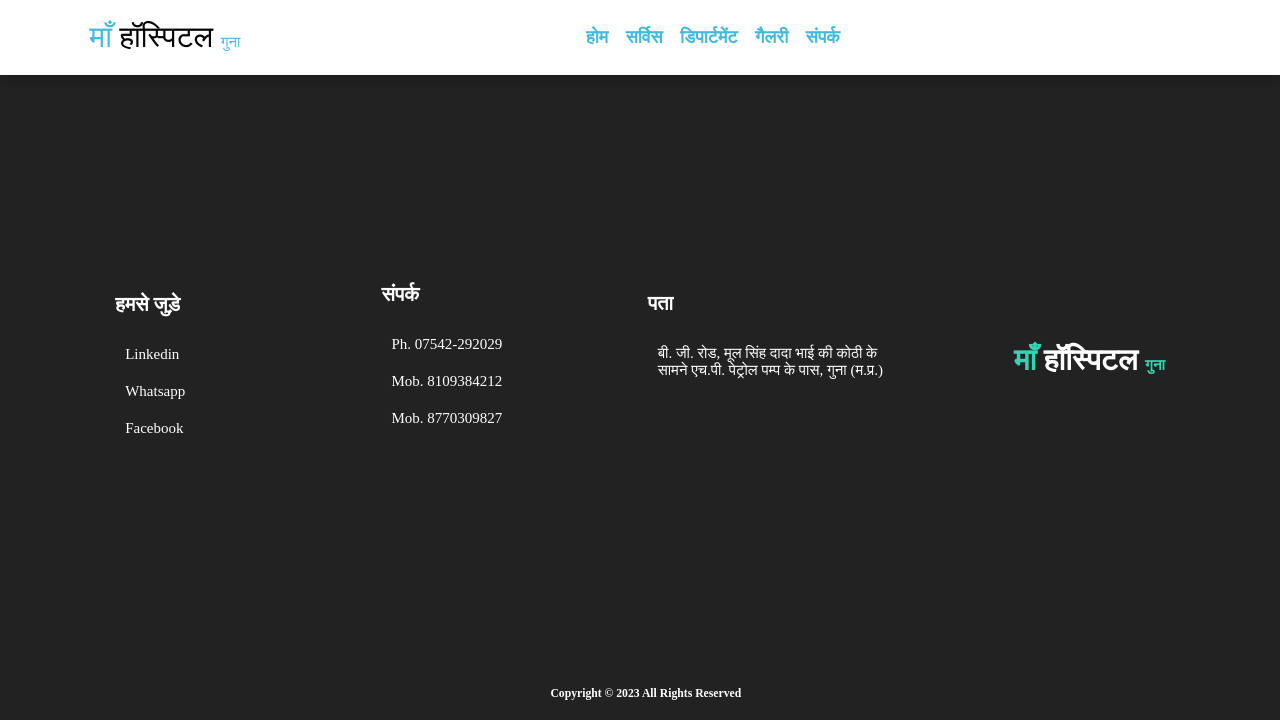
Repository: Aayush919/test
Page: contact.html
An editor plug-in stored every save of this project. The page is shown before and after the next save, followed by the edit.
The browser window is 1280 px wide. The pictures show the whole page.

Above is the page before, as saved 2023-10-15 20:11:19.

### contact.html
<!DOCTYPE html>
<html lang="en">
<head>
    <meta charset="UTF-8">
    <meta name="viewport" content="width=device-width, initial-scale=1.0">
    <link rel="stylesheet" href="style.css">
    <title>Maa Hospital Contact</title>
</head>
<body>
    <header class="header">
        <a href="#" id="logo"><span>माँ </span> हॉस्पिटल <span id="guna">गुना</span></a>
        <nav class="navbar">
        <a href="/index.html">होम</a>
        <a href="/service.html">सर्विस</a>
        <a href="/depart.html">डिपार्टमेंट</a>
        <a href="/gallery.html">गैलरी</a>
        <a href="/contact.html">संपर्क</a>

        </nav>

    <div class="icons">
        <i class="ri-linkedin-fill"></i>
        <i class="ri-whatsapp-fill"> </i>

    </div>

<a href="#" id="menu_bars" class="fas fa-bars"></a>
    </header>
    <div class="main-footer" id="con">

        <div class="inner-footer">
            <h2>हमसे जुड़े</h2>
          <a href=""> <i class="ri-linkedin-fill loc" > </i>  linkedin  </i>
            </a>
             <a href=""><i class="ri-whatsapp-fill loc"> </i> whatsapp</i>
             </a>
             <a href=""><i class="ri-facebook-box-fill loc"> </i>facebook </i></a>
        </div>



        <div class="inner-footer">
            <h2>संपर्क</h2>
            <a href="#"><i class="ri-phone-line loc"></i> ph. 07542-292029</a>
            <a href="#"> <i class="ri-phone-line loc"></i>Mob. 8109384212</a>
            <a href="#"><i class="ri-phone-line loc"></i>Mob. 8770309827</a>
            <a href="#"></a>
        </div>

        <div class="inner-footer">
            <h2>पता</h2>
           <a href="#">   <i class="ri-map-pin-line  loc" ></i>   बी. जी. रोड, मूल सिंह दादा भाई की कोठी के सामने एच.पी. पेट्रोल पम्प के पास, गुना (म.प्र.)</a>
          <a href=""></a>
          <a href=""></a>
          <a href=""></a>
        </div>

        <h1><span>माँ </span> हॉस्पिटल <span id="guna">गुना</span></h1>
      <h3>Copyright © 2023 All rights reserved</h3>


    </div>
</body>
</html>

### style.css
@import url('https://fonts.googleapis.com/css2?family=Roboto:wght@100;300;400;500;700&display=swap');
:root{
    --fontcolor:#43b9dc;
    --backgroundcolor:#34d3b4;
}
*{
    margin: 0;
    padding: 0;
    font-family:gilroy;
    box-sizing: border-box;
    transition: all .2s linear;
    text-transform: capitalize;
    text-decoration: none;
}
html{
    font-size: 62.5%;
    overflow-x: hidden;
    scroll-behavior: smooth;
}
header{
    position: fixed;
    top: 0;
    left: 0;
    right: 0;
    padding: 2rem 7%;
    display: flex;
    justify-content: space-between;
    align-items: center;
    background:white;
    box-shadow: 0 1rem 1rem rgb(0, 0, 0, .1);
    z-index: 10000000;
}
#guna{
    font-size: 15px;

}
header #logo{
    font-size: 3rem;
    color: black;
}
header #logo span{
    color: var(--fontcolor);
}
header .navbar a{
    font-weight: 600;
    font-size: 1.8rem;
    color: var(--fontcolor);
    margin-left: 1.5rem;
}
.icons i{
font-size: 2rem;
color: var(--fontcolor);
margin-left: 1rem;
}
header #menu_bars{
    font-size: 2rem;
    color: var(--fontcolor);
    display: none;
}
header .navbar.active{
    left: 0;
    transition: .5s;
}
.main-image{

    background-repeat: no-repeat;
    background-size: cover;
    background-position: center;
    width: 100%;
    margin-top: 75px;
    height: 100vh;
}
.container{
    background: url("./images/headerimage.jpg");
    width: 100%;
    padding-top: 8.5rem;
    background-position: center;
    background-size: cover;
    background-repeat: no-repeat;
    height: 100vh;
}
.container .main-text{
    width: 50%;
    position: absolute;
    top: 200px;
    padding: 0 2rem;
    text-align: center;
}
.container .main-text h2{
    font-size:3.5rem;
    color: #fff;
    padding-bottom: 1.5rem;
}
.container .main-text button{
    padding: 1.5rem 3.5rem;
    background: #3FC1D1;
    color: white;
    border: none;
    border-radius:1px;

    font-weight: 700;
}
.service-section{
    padding: 2rem 7%;
    background: linear-gradient(#43b9dc, #34d3b4);
    min-height: 50vh;
}
#ourservices{
    color: #111;
    font-size: 30px;
    padding: 2rem 0;
    text-align: center;
}
.inner-service-section{
    display: flex;
    flex-wrap: wrap;
    gap: 15px;
    justify-content: center;
    text-align: center;
}
.service-box{
    flex: 1 1 200px;
    padding: 5rem 0;
    box-shadow: 0 1rem 1rem rgba(0, 0, 0, .1);
}
.service-box img{
    color: white;
     height: 10rem;
    padding: .5rem 0;
}

.service-box h2{
    color: #fff;
    font-size: 1.8rem;
    padding: 1rem 0;
}
.service-box p{
    color: white;
    font-size: 1.5rem;
    padding: 0 1rem;
}
.work-section{
    padding: 4rem 7%;
    display: grid;
     grid-template-columns: 2fr 1fr;
     display: flex;
    justify-content: center;
     width: 100%;


}
.inner-work-section img{
    width:  80rem;
    border: 2px solid #34d3b4;
    margin-top: 10px;
}


.inner-work-section h2{
    font-size: 2rem;
    padding: .5rem 0;

}
.inner-work-section h2 span{
    color:#34d3b4;

}
.scnclass{
    padding: 0 1rem;
}
.myimages{
    display: grid;
    grid-template-columns: 1fr 1fr;
    padding-top: 1rem;
}
.btn{
    padding: 1rem 3rem;
    background: var(--backgroundcolor);
    border-radius: 15px;
   display: inline-block;
   color: white;
   font-size: 18px;
   margin-top: 5px;
}
.creative-text{
    padding: 2rem 0;
}
.depart{
    background: var(--backgroundcolor);
    min-height: 85vh;
    padding: 2rem 9%;
}
.depart h1{
    color:#111;
    display: flex;
    align-self: center;
    justify-content: center;
    font-size: 2rem;
}

/* .galleryheading{ */
    /* color: #111;
    padding: 2rem 0;
    text-align: center;
    font-size: 20px;
}
.galleryheading span{
    color: var(--fontcolor);
}
.main-gallery .gallery-box{
    flex: 1 1 300px;
}
.main-gallery{
    display: flex;
    flex-wrap: wrap;
    gap: 15px;
}
.gallery-box img{
    width: 100%;
} */
.ourteam-section{
    padding: 7rem;
}
.ourteam-section h2{
    padding: 2rem;
    font-size: 3rem;
    text-align: center;
}
.ourteam-section h2 span{
    color: var(--fontcolor);
}
.ourteam-inner{
    display: flex;
    /* flex-wrap: wrap; */
    text-align: center;
    gap: 15px;
}
.ourteam-inner .section-box{
    flex: 1 1 250px;
}
.ourteam-inner .section-box img{
    width: 100%;
}
.section-box h3{
    padding: 1rem 0;
    font-size: 2rem;
}
.team-social-links i{
    color: var(--fontcolor);
    font-size: 2rem;
    padding:1rem 0;
}
.main-footer{
    display: flex;
    flex-wrap: wrap;
    justify-content: space-between;
    background: #222;
    padding: 2rem 9%;
    /* height: 70vh; */
}
.inner-footer{
    flex: 1 1 200px;
}
.inner-footer h2{
    color: white;
    font-size: 2rem;
    padding: 2rem 0;
}
.inner-footer a{
    display: block;

    color: white;
    font-size: 1.5rem;
    padding: 1rem;
}












@media (max-width:768px) {
    html{
        font-size: 50%;
    }
    header #menu_bars{
        display: initial;
    }

    header .navbar{
        position: absolute;
        top: 100%;
        left: 100%;
        right: 0;
        background: var(--backgroundcolor);
        height: 100vh;
        text-align: center;

    }
    header .navbar a{
        display: block;

        background: white;
        margin-top: 1rem;
        padding: 2rem;
        width: 90%;
        border-radius: 10px;
    }
    .container .main-text{
        width: 70%;
        padding: 0 ;
    }
   .work-section{
       display: grid;
       grid-template-columns: 1fr;

   }
   .myimages img{
       width: 100%;
   }
   .btn{
       display: block;
   }
   .inner-work-section h2{
    font-size:1.2rem;
   display: flex;
   flex-wrap: wrap;
   align-self:center;
   justify-content: center;
}

.depart{
    background: var(--backgroundcolor);
    min-height:65vh;
    padding: 2rem 9%;
}

.depart h1{
    color:#111;
    display: flex;
    align-self: center;
    justify-content: center;
    font-size: 1.9rem;
}
.ourteam-inner{
    display: flex;
    flex-wrap: wrap;
    text-align: center;
    gap: 15px;
}
.ourteam-section h2{
    padding: 2rem;
    font-size: 2.7rem;
    text-align: center;
}
.inner-work-section img{
    width: 35rem;
    border: 2px solid #34d3b4;
    margin-top: 10px;
}
.inner-work-section h2{
    font-size:1rem;
   display: flex;
   flex-wrap: wrap;
   align-self:center;
   justify-content: center;
}


.container .main-text h2{
    font-size:3rem;
    color: #fff;
    padding-bottom: 1.5rem;
}

.container{
    background: url("./images/headerimage.jpg");
    width: 100%;
    padding-top: 8.5rem;
    background-position: center;
    background-size: cover;
    background-repeat: no-repeat;
    height: 93vh;
}
}

/*
.gallery{
    display: grid;
    grid-template-columns: repeat(3, 1fr);
    gap: 1vh;
    margin-inline: auto;
    max-width: 70rem;

    background: #141414;
    background: var(--backgroundcolor);
    padding: 1vh;
}

 .gallery > img{
    width: 100%;
    aspect-ratio: 1 / 1;
    object-fit: cover;
    transition: all 0.3s ease;
    border-radius:2px;

}

.gallery:has(img:hover) img:not(:hover) {
    scale: 0.8;
    opacity: 0.5;
    filter: grayscale(70%);
}
 */


#keyservice {
    padding-top: 4vw;
    padding-left: 2vw;
    font-family: g-r;
    /* background-color: crimson; */
    height: 55vh;
    display: flex;
    justify-content: space-between;
}

#keyservice h3 {
    color: #ffffff;
    display: flex;
    cursor: pointer;
    font-family: g-r;
    font-weight: 300;
    font-size: 1.5rem;

     line-height: 2rem;

}

#keyservice h3:hover {
    color: yellow;
    font-weight: 500;
}

#keyservice h3 span {
    color: #ffffff;
    margin-right: 4px;
}

#keyservice h3 a {
    text-decoration: none;
    color: #fff;
}

#keyservice h3 a:hover {
    color: yellow;
}

#bx1 {
    /* background-color: #77b9d7; */
    height: 40vh;
    display: flex;
    flex-direction: column;
    justify-content: space-between;
    width: 45%;
    border-right: 2px solid white;
}

#bx2 {
    height: 40vh;
    display: flex;
    flex-direction: column;
    justify-content: space-between;
    /* height: 25.5vh; */
    width: 50%;
    /* background-color: #9477d7; */
}

section-container {
    min-height: 100vh;
    /* background: #34d3b4; */
    margin: auto;
    /* padding: 20px; */
    display: flex;
    align-items: center; /* Align the scroll icon vertically */
    /* margin-top: 40px; */
  }

  .product-list-container {
    position: relative;
    overflow-x: auto;
    white-space: nowrap;
    scrollbar-width: thin;
    scrollbar-color: #333 #ccc;
    cursor: pointer;
  }

  .product-list {
    display: flex;
    flex-direction: row;
  }

  .product-card {
    position: relative;
    flex: 0 0 auto;
      width:300px;
      height: 300px;
    margin: 15px;
    padding: 20px;
    box-shadow: 0 4px 8px rgba(0, 0, 0, 0.2);
    border-radius: 8px;
        background: #fff;
  }


.product-card img{
    width: 100%;
    height: 100%;
}

  /* Style scrollbar for Chrome, Safari, and Opera */
  .product-list-container::-webkit-scrollbar {
    width: 5px;
    height: 5px;
  }

  .product-list-container::-webkit-scrollbar-thumb {
    background: #333;
  }

  .product-list-container::-webkit-scrollbar-thumb:hover {
    background:#34d3b4;
  }

  .gallery{
    min-height: 80vh;
    background-color:#34d3b4;
    padding: .5rem;
    overflow: hidden;

  }

  .gallery h1{
    display: flex;
    align-self:center;
    justify-content: center;
    font-size: 2rem;
    margin-bottom: 2rem;
    margin-top: 2rem;
  }


  #page6 {
    position: relative;
    height: 70vh;
    width: 100%;
    /* background-color: violet; */
}

.buttonsss {
    position: absolute;
    height: 3vw;
    border-radius: 50%;
    width: 3vw;
    z-index: 9;
    display: flex;
    align-items: center;
    justify-content: center;
    background-color: #fff;
    box-shadow: 0 0 10px #464548;
}

.buttonsss i {
    font-size: 1.5vw;
    font-weight: 900;
}

#buttonsss1 {
    top: 50%;
    left: 5%;
}

#buttonsss2 {
    top: 50%;
    left: 92%;
}

#headingwords {
    /* position: relative; */
    height: 10vh;
    font-size: 1vw;
    padding: 1vw 5vw;
    width: 100%;
    display: flex;
    align-items:center;
    justify-content: center;
    /* background-color: wheat; */
}

#headingwords span{
    color:#34d3b4;
}
#slideboxtestimonial {
    position: relative;
    height: 55vh;
    width: 100vw;
    display: flex;
    /* background-color: blue; */

}

#testimonialsSlide {
    position: absolute;
    height: 55vh;
    width: 700vw;
    display: flex;
    /* background-color: blue; */
}

.sll {
    height: 55vh;
    width: 100vw;
    display: flex;
    justify-content: center;
    gap: 5vw;
    position: relative;
}

#imboxdown {
    position: absolute;
    top: 60%;
    display: flex;
    align-items: center;
    flex-direction: column;
    left: 70%;
    gap: .6vw;
}

.sll1 {
    position: relative;
    height: 55vh;
    width: 37vw;
    gap: 2vw;
    display: flex;
    flex-direction: column;
    padding: 2vw 2vw;
    /* background-color: yellow; */
}

.sll2 {
    position: relative;
    height: 55vh;
    width: 37vw;
    gap: 2vw;
    display: flex;
    flex-direction: column;
    padding: 2vw 2vw;
    /* background-color: yellow; */
}

#paraoftestimonial {
    font-size: 1.4vw;
    line-height: 2.5vw;
}

#imbox {
    height: 7vw;
    width: 7vw;
    display: flex;
    border-radius: 50%;
    overflow: hidden;
    background-color: #357df1;
}

#imbox img {

    /* display: flex; */
    object-fit: contain;
}

#slider {
    width: 100%;
    display: flex;
    align-items: center;
    justify-content: center;
    height: 2.3vw;
    /* background-color: tomato; */
}

#movingslider {
    position: relative;
    height: 4.5vh;
    /* box-shadow: 0 0 10px #222223; */
    width: 15vw;
    display: flex;
    align-items: center;
    justify-content: space-between;
    /* background-color: turquoise; */
}

#pointsliderdiv {
    box-shadow: 0 0 4px #4c4c4e;
    position: absolute;
    height: .6vw;
    width: .6vw;
    z-index: 9;
    border-radius: 50%;
    background-color: #4c8ef7;
}

.points {
    position: absolute;
    height: .6vw;
    width: .6vw;
    background-color: #c2bfbf;
    border-radius: 50%;
}

#point1 {
    left: 0%;
}

#point2 {
    left: 14%;
}

#point3 {
    left: 28%;
}

#point4 {
    left: 42%;
}

#point5 {
    left: 56%;
}

#point6 {
    left: 70%;
}

#point7 {
    left: 84%;
}
.main-footer h3{
    position: absolute;
   display: flex;
  left: 43%;
   align-self:flex-end;
    color:#fff;
}



@media (max-width:768px){
    .main-footer h1{

       color:#fff;
    transform: translate(-55px,-50px);
       font-size: 3rem;

   }
   .main-footer h3{
    position: absolute;
   display: flex;
  left: 20%;
   align-self:flex-end;
    color:#fff;
}
    #page6 {
        position: relative;
        height: 55vh;
        width: 100%;
        overflow: hidden;


    }

    #headingwords h1 {
        scale: 2;
        margin-left: 10vw;
        margin-top: 5vw;

    }

    .buttonsss {
        position: absolute;
        height: 3vw;
        border-radius: 50%;
        width: 3vw;
        z-index: 9;
        display: flex;
        align-items: center;
        justify-content: center;
        background-color: #fff;
        box-shadow: 0 0 10px #464548;
        scale: 2;
        padding-left: -1vw;
        padding-top: .5vw;
    }

    .buttonsss i {
        scale: 1.5;
        font-size: 2.5vw;
        font-weight: 900;
    }

    #buttonsss1 {
        top: 50%;
        left: 5%;
        padding-right: .3vw;
        padding-top: .5vw;
    }

    #buttonsss2 {
        top: 50%;
        left: 92%;
    }

    #headingwords {
        /* position: relative; */
        height: 10vh;
        font-size: 1.5vw;
        padding: 1vw 5vw;
        width: 100%;
        /* background-color: wheat; */
    }

    #slideboxtestimonial {
        position: relative;
        height: 55vh;
        width: 100vw;

        display: flex;
        /* background-color: blue; */

    }

    #testimonialsSlide {
        position: absolute;
        height: 42vh;
        width: 700vw;
        display: flex;
        /* background-color: blue; */
    }

    .sll {
        height: 40vh;
        /* background-color: red; */
        width: 100vw;
        display: flex;
        justify-content: center;
        gap: 5vw;
        position: relative;
    }

    #imboxdown {
        position: absolute;
        top: 60%;
        display: flex;
        align-items: center;
        flex-direction: column;
        left: 70%;
        gap: .6vw;
    }

    .sll1 {
        position: relative;
        height: 38vh;
        width: 37vw;
        gap: 2vw;
        display: flex;
        flex-direction: column;
        padding-top: 10vw;
        padding-left: 9vw;
        /* background-color: yellow; */
    }

    .sll2 {
        position: relative;
        height: 38vh;
        width: 37vw;
        gap: 2vw;
        display: flex;
        flex-direction: column;
        padding-top: 10vw;
        padding-left: 9vw;
        /* background-color: yellow; */
    }

    #paraoftestimonial {
        font-size: 1.4vw;
        line-height: 2vw;
        scale: 2.2;
        width: 60%;

        /* background-color: #00436a; */
    }

    #imbox {
        height: 7vw;
        width: 7vw;
        display: flex;
        border-radius: 50%;
        overflow: hidden;
        background-color: #357df1;
        scale: 1.5;
    }

    #imbox img {
        /* display: flex; */
        object-fit: contain;
        /* scale: 1.5; */
    }

    #imboxdown {
        /* background-color: tomato; */
        margin-left: -20vw;
        margin-top: 5vw;
    }

    #imboxdown h3 {
        margin-top: 2vw;
        scale: .7;
    }

    #slider {
        position: absolute;
        top: 95%;
        width: 100%;
        display: flex;
        align-items: center;
        justify-content: center;
        height: 2.3vw;
        /* background-color: tomato; */
        scale: 2;
    }

    #movingslider {
        position: relative;
        height: 4.5vh;
        /* box-shadow: 0 0 10px #222223; */
        width: 15vw;
        display: flex;
        align-items: center;
        justify-content: space-between;
        /* background-color: turquoise; */
    }

    #pointsliderdiv {
        box-shadow: 0 0 4px #4c4c4e;
        position: absolute;
        height: .6vw;
        width: .6vw;
        z-index: 9;
        border-radius: 50%;
        background-color: #4c8ef7;
    }

    .points {
        position: absolute;
        height: .6vw;
        width: .6vw;
        background-color: #c2bfbf;
        border-radius: 50%;
    }

    #point1 {
        left: 0%;
    }

    #point2 {
        left: 14%;
    }

    #point3 {
        left: 28%;
    }

    #point4 {
        left: 42%;
    }

    #point5 {
        left: 56%;
    }

    #point6 {
        left: 70%;
    }

    #point7 {
        left: 84%;
    }

}

.inner-footer a .loc{
   position: absolute;
   transform: translateX(-25px);
}

.main-footer {
    overflow: hidden;
}
.main-footer h1{
     margin-top: 80px;
    color:#fff;
    margin-left: 100px;
    font-size: 3rem;

}

.main-footer h1 span{
    color:#34d3b4;


}

#con{
    height: 100vh;
    display: flex;
    align-items: center;
}

#con h1{
    margin-top: 0px;

}
  @media screen and (max-width: 600px) {
    .product-card {
      width: 90%;
      margin: 10px;
    }
  }

After the next save:
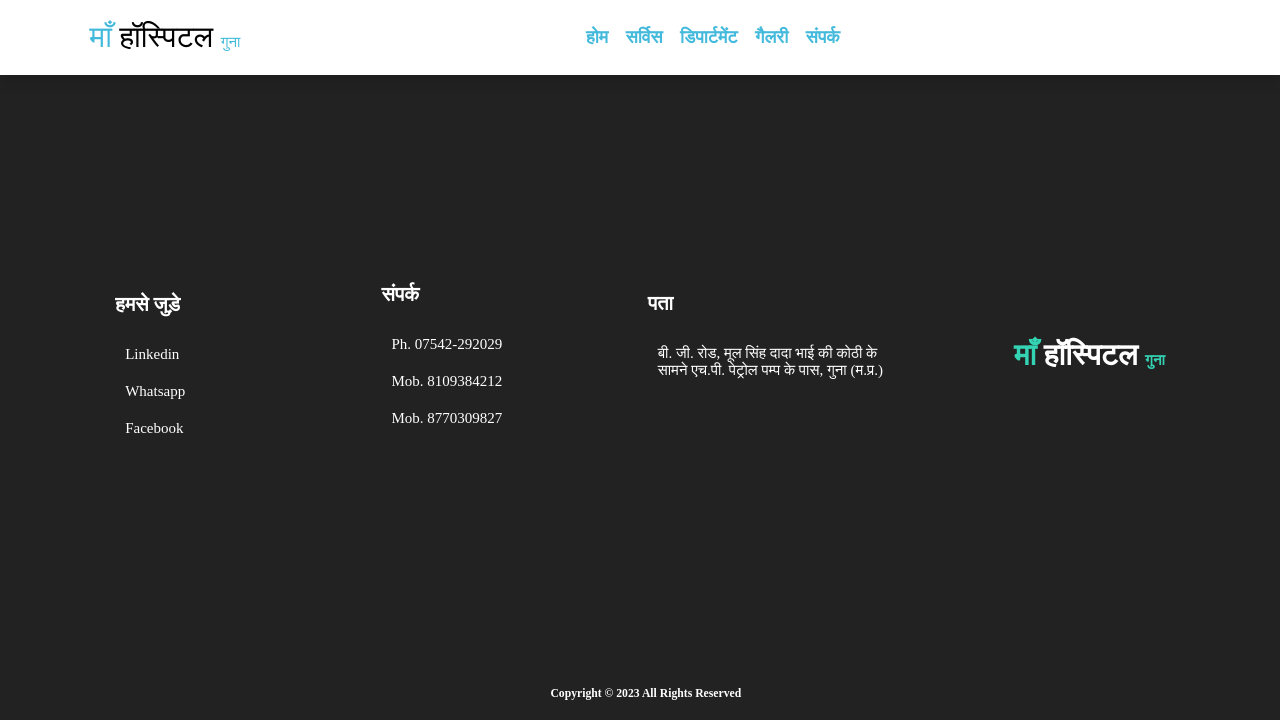
Saved 8 s later.
--- a/style.css
+++ b/style.css
@@ -1030,7 +1030,7 @@ section-container {
 }
 
 #con h1{
-    margin-top: 0px;
+    margin-top: -10px;
 
 }
   @media screen and (max-width: 600px) {
